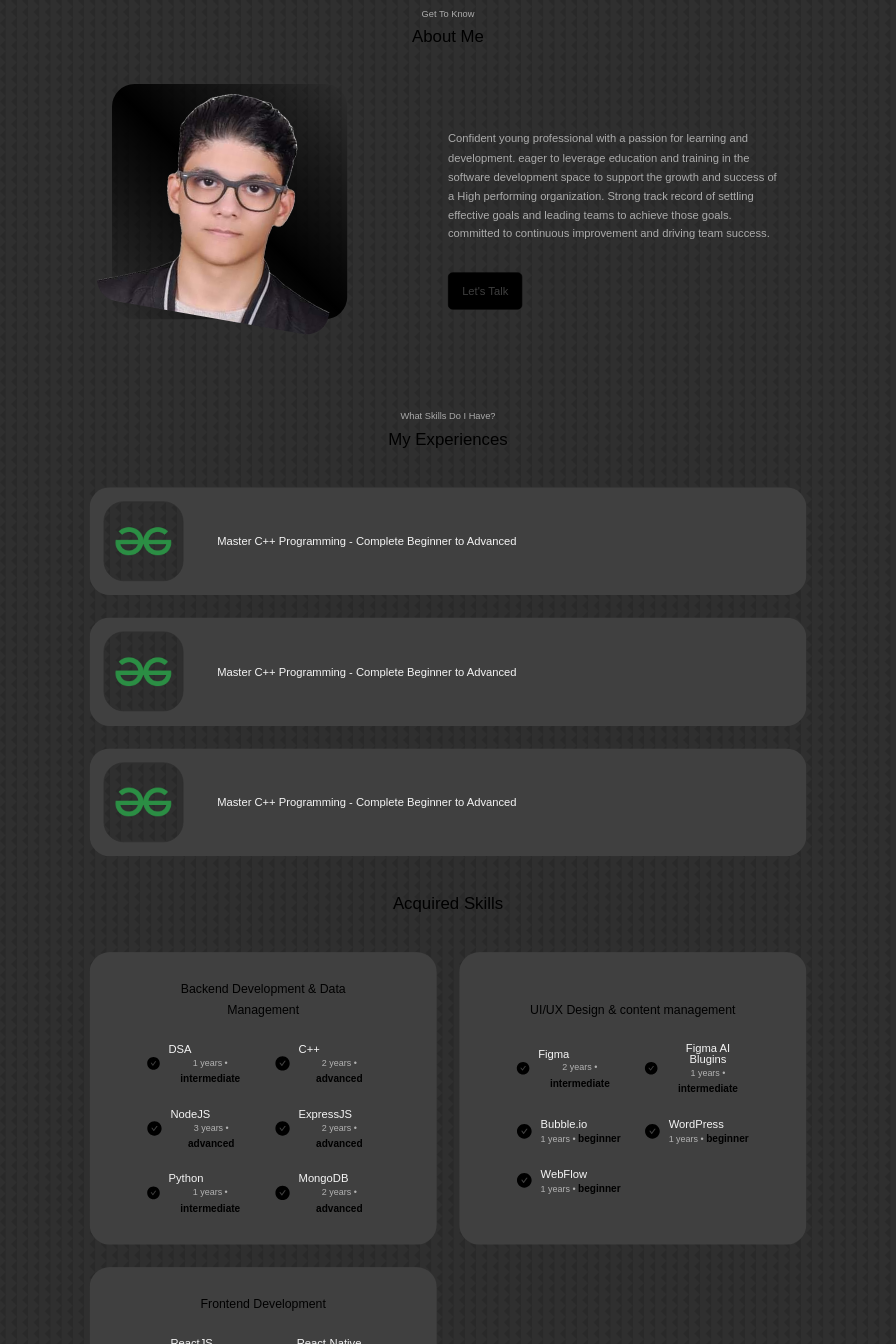
Repository: Z-Bahaa/project_joker_react_portfolio
Page: /
The author's editor kept a copy of each file at every save. The page is drawn from the files as they stood at one save, then again after the next save.
The browser window is 1280 px wide. The pictures show the part of the page from y = 983 to 2903 px (the page is 5406 px tall), at 70% of full size.
Some web fonts or font styles are not loaded; a fallback is used. The project was rebuilt for these pictures with package versions that can differ from the ones it lists, and the page was loaded fresh each time. Imported but missing from the stored project, and not drawn on this page: src/assets/resume.pdf.

Above is the page before, as saved 2023-08-21 14:07:54.

### public/index.html
<!DOCTYPE html>
<html lang="en">

<head>
  <meta charset="UTF-8">
  <meta name="viewport" content="width=device-width, initial-scale=1.0">
  <title>Zeyad Bahaa</title>
  <link rel="shortcut icon" href="/Logo.png" />
</head>

<body>
  <div id="root"></div>
</body>

</html>

### src/App.jsx
import Header from './components/header/Header'
import Nav from './components/nav/Nav'
import About from './components/about/About'
import Experience from './components/experience/Experience'
// import Services from './components/services/Services'
import Portfolio from './components/portfolio/Portfolio'
// import Testimonials from './components/testimonials/Testimonials'
import Contact from './components/contact/Contact'
import Footer from './components/footer/Footer'


const App = () => {
  return (
    <>
      <Header />
      <Nav />
      <About />
      <Experience />
      {/* <Services /> */}
      <Portfolio />
{/*       <Testimonials /> */}
      <Contact />
      <Footer />

    </>
  )
}

export default App

### src/components/header/Header.jsx
import './header.css';
import CTA from './CTA'
import ME from '../../assets/me-3.png'
import HeaderSocials from './HeaderSocials'

const Header = () => {
  return (
    <div className='header container' id='home'>
      <div className='header__container'>
        <h5>Hello, I'm</h5>
        <h1>Zeyad Bahaa</h1>
        <h5 className="text-light">Software & web development Enthusiast</h5>
        <CTA />
        <HeaderSocials />

        <div className="me">
          <img src={ME} alt="" />
        </div>

        <a href='#contact' className="scroll__down">Scroll Down</a>
      </div>
    </div>
  )
}

export default Header

### src/components/nav/Nav.jsx
import './nav.css'
import { AiOutlineHome, AiOutlineUser, AiOutlineMessage } from 'react-icons/ai'
import { BiBookAlt } from 'react-icons/bi'
import { BsBagDash } from 'react-icons/bs'
import { useState} from 'react'

const Nav = () => {
  const [activeNav, setActiveNAv] = useState('#')
  return (
    <div className="nav">
      <a href="#home" className={activeNav === '#' ? 'active' : ''} onClick={() => setActiveNAv('#')}><AiOutlineHome /></a>
      <a href="#about" className={activeNav === '#about' ? 'active' : ''} onClick={() => setActiveNAv('#about')}><AiOutlineUser /></a>
      <a href="#experience" className={activeNav === '#experience' ? 'active' : ''} onClick={() => setActiveNAv('#experience')}><BiBookAlt /></a>
      <a href="#services" className={activeNav === '#services' ? 'active' : ''} onClick={() => setActiveNAv('#services')}><BsBagDash /></a>
      <a href="#contact" className={activeNav === '#contact' ? 'active' : ''} onClick={() => setActiveNAv('#contact')}><AiOutlineMessage /></a>
    </div>
  )
}

export default Nav

### src/components/about/About.jsx
import './about.css'
import ME from '../../assets/me-3.png'
/* import { FiAward, FiUsers } from 'react-icons/fi'
import { AiFillFolderOpen } from 'react-icons/ai' */
const About = () => {
  return (
    <div className="section" id="about">
      <h5>Get To Know</h5>
      <h2>About Me</h2>

      <div className="container about__container">
        <div className="about__me">
          <div className="about__me-image">
            <img src={ME} alt="About" />
          </div>
        </div>

        <div className="about__content">
          {/* <div className="about__cards">

            <div className="about__card">
              <FiAward className="about__icon" />
              <h5>Experience</h5>
              <small>3+ Years Working</small>
            </div>

            <div className="about__card">
              <FiUsers className="about__icon" />
              <h5>Clients</h5>
              <small>200+ Worldwide</small>
            </div>

            <div className="about__card">
              <AiFillFolderOpen className="about__icon" />
              <h5>Projects</h5>
              <small>80+ Completed Projects</small>
            </div>

          </div> */}

          <p>
          Confident young professional with a passion for learning and development. eager to leverage education and training in the software development space to support the growth and success of a High performing organization. Strong track record of settling effective goals and leading teams to achieve those goals. committed to continuous improvement and driving team success.
          </p>

          <a href="#contact" className="btn btn-primary">Let's Talk</a>
        </div>
      </div>
    </div>
  )
}

export default About

### src/components/experience/Experience.jsx
import './experience.css'
import {experiences} from '../../data/experiences'
import { AiFillCheckCircle } from 'react-icons/ai'
import GFG from '../../assets/GFG.png'

const Experience = () => {
  return (
    <div className="section" id="experience">
      <h5>What Skills Do I Have?</h5>
      <h2>My Experiences</h2>
      <div className="history__container">
        {
          experiences.map((field) => (
            <div>
              <div className="image-container">
                <img src={GFG}/>
              </div>
              <div className="course-details-container">
                <h1>Master C++ Programming - Complete Beginner to Advanced</h1>
              </div>
            </div>
          ))
        }
      </div>
      <h2>Acquired Skills</h2>
      <div className="experience__container">
        {
          experiences.map((field) => (
            <div>
              <h3>{field.title}</h3>
              <div className="experience__content">
                {
                  field.list.map((item) => (
                    <div className="experience__details">

                        <AiFillCheckCircle className="experience__details-icon"/>
                        <div>
                          <h4>{item.name}</h4>
                          <small>{(item.experience + " ")} • <span>{" " + item.level}</span> </small>
                        </div>
                    </div>
                  ))
                }
              </div>
            </div>
          ))
        }
      </div>

    </div>
  )
}

export default Experience

### src/components/portfolio/Portfolio.jsx
import './portfolio.css'
import projects from '../../data/projects'



const Portfolio = () => {
  return (
    <div className="section">
      <h5>My Recent Work</h5>
      <h2>Portfolio</h2>

      <div className="container portfolio__container">
        {
          projects.map(item => (
            <div  key={item.id} className="portfolio__item">
              <img src={item.img} className="portfolio__item-image" alt=""/>
              <h3>{item.title || 'This is a portfolio item title'}</h3>
              <div className="portfolio__item-cta">
                <a className="btn" href={item.github} target='_blank' rel="noreferrer">Github</a>
                <a className="btn btn-primary" href={item.demo} target='_blank' rel="noreferrer">Live Demo</a>
              </div>
            </div>
          ))
        }
      </div>
    </div>
  )
}

export default Portfolio

### src/components/contact/Contact.jsx
import './contact.css'
import { AiOutlineMail, AiOutlineWhatsApp } from 'react-icons/ai'
import { RiMessengerLine } from 'react-icons/ri'


const Contact = () => {

  return (
    <div className="section" id="contact">
      <h5>Get In Touch</h5>
      <h2>Contact Me</h2>

      <div className="container contact__container">
        <div className="contact__options">

          <div className="contact__option">
            <AiOutlineMail className='contact__option-icon'/>
            <h4>Email</h4>
            <h5>zizobahaapersonal@gmail.com</h5>
            <a href="mailto:zizobahaapersonal@gmail.com">Send a message</a>
          </div>

          <div className="contact__option">
            <RiMessengerLine className='contact__option-icon'/>
            <h4>Messenger</h4>
            <h5>Zizo Bahaa</h5>
            <a href="https://m.me/100071918118359">Send a message</a>
          </div>
          <div className="contact__option">
            <AiOutlineWhatsApp className='contact__option-icon' />
            <h4>WhatsApp</h4>
            <h5>+201020730202</h5>
            <a href="https://api.whatsapp.com/send?phone=201020730202" >Send a message</a>
          </div>

        </div>

{        <form
          // ref={form}
          // onSubmit={sendEmail}
          >
          <input type="text" name="name" placeholder="Your Full Name" required/>
          <input type="email" name="email" placeholder="Your Email" required/>
          <textarea name="message" placeholder="Your Message" rows="7" required/>
          <button type="submit" className="btn btn-primary">send Message</button>
        </form>}
      </div>
    </div>
  )
}

export default Contact

### src/components/footer/Footer.jsx
import './footer.css'
import { AiOutlineLinkedin, AiOutlineFacebook, } from 'react-icons/ai'
import { FiTwitter, FiGithub, FiInstagram } from 'react-icons/fi'
import { FaTiktok } from 'react-icons/fa'
import { SiMyanimelist } from 'react-icons/si'

const Footer = () => {
  return (
    <div className="footer">
      <a href="#home" className="footer__icon">Z. bahaa</a>

      <ul className="permalinks">
        <li><a href="#home">Home</a></li>
        <li><a href="#about">About</a></li>
        <li><a href="#experience">Experience</a></li>
        <li><a href="#services">Services</a></li>
        <li><a href="#portfolio">Portfolio</a></li>
        {/* <li><a href="#testimonials">Testimonials</a></li> */}
        <li><a href="#contact">Contact</a></li>
      </ul>

      <div className="footer__socials" >
        <a href='https://www.linkedin.com/in/z-bahaa-194022234/' target='_blank' rel="noreferrer"><AiOutlineLinkedin /></a>
        <a href='https://github.com/Z-Bahaa' target='_blank' rel="noreferrer"><FiGithub /></a>
        <a href='https://www.facebook.com/profile.php?id=100071918118359' target='_blank' rel="noreferrer"><AiOutlineFacebook /></a>
        <a href='https://twitter.com/ZBahaa2' target='_blank' rel="noreferrer"><FiTwitter /></a>
        <a href='https://www.tiktok.com/@z_bahaa' target='_blank' rel="noreferrer"><FaTiktok /></a>
        <a href='https://www.instagram.com/bahaa_zizo/' target='_blank' rel="noreferrer"><FiInstagram /></a>
        <a href='https://myanimelist.net/animelist/zizobahaa1' target='_blank' rel="noreferrer"><SiMyanimelist /></a>
      </div>

      <div className="footer__coptright">
        <small>&copy; Z.bahaa. All rights reserved.</small>
      </div>
    </div>
  )
}

export default Footer

### src/components/header/header.css
.header {
  height: 120vh;
  padding-top: 7rem;
  /* overflow: hidden; */
}

.header__container {
  text-align: center;
  height: 100%;
  position: relative;
}

.cta {
  margin-top: 2.5rem;
  display: flex;
  gap: 1.2rem;
  justify-content: center;
}

.header__socials {
  display: flex;
  flex-direction: column;
  position: absolute;
  left: 0;
  bottom: 2rem;
  gap: 1rem;
}

.header__socials::after {
  content: "";
  width: 1px;
  height: 2rem;
  background: var(--color-primary);
  align-self: center;
}

.me {
  background: linear-gradient(var(--color-primary), transparent);
  width: 22rem;
  max-height: 27rem;
  position: absolute;
  left: calc(50% - 11rem);
  margin-top: 4rem;
  border-radius: 12rem 12rem 0 0;
  -webkit-border-radius: 12rem 12rem 0 0;
  -moz-border-radius: 12rem 12rem 0 0;
  -ms-border-radius: 12rem 12rem 0 0;
  -o-border-radius: 12rem 12rem 0 0;
  overflow: hidden;
  /* padding: 5rem 1.5rem 1.5rem 1.5rem; */
}
/* .me img {
  min-height: 40rem;
} */

.scroll__down {
  position: absolute;
  right: 0rem;
  bottom: 5rem;
  transform: rotate(90deg);
  -webkit-transform: rotate(90deg);
  -moz-transform: rotate(90deg);
  -ms-transform: rotate(90deg);
  -o-transform: rotate(90deg);
  font-weight: 300;
  font-size: 0.9rem
}

@media screen and (max-width: 1024px) {
  .header {
    height: 70vh;
  }
}

@media screen and (max-width: 600px) {
  .header {
    height: 100vh;
  }


}

### src/components/header/CTA.jsx
import CV from '../../assets/resume.pdf'

import React from 'react'

const CTA = () => {
  return (
    <div className="cta">
      <a href={CV} className='btn'>Download CV</a>
      <a href="#contact" className="btn btn-primary">Let's Talk</a>
    </div>
  )
}

export default CTA

### src/components/header/HeaderSocials.jsx
import { AiOutlineLinkedin, AiOutlineFacebook,} from 'react-icons/ai'
import {FiGithub} from 'react-icons/fi'



const HeaderSocials = () => {
  return (
    <div className="header__socials">
      <a href='https://www.linkedin.com/in/zizo-bahaa' target='_blank'  rel="noreferrer"><AiOutlineLinkedin /></a>
      <a href='https://github.com/Z-Bahaa' target='_blank'  rel="noreferrer"><FiGithub /></a>
      <a href='https://www.facebook.com/profile.php?id=100071918118359' target='_blank'  rel="noreferrer"><AiOutlineFacebook /></a>
    </div>
  )
}

export default HeaderSocials

### src/components/nav/nav.css
.nav {
  background: rgba(0, 0, 0, 0.3);
  width: max-content;
  display: block;
  padding: 0.7em 1.7em;
  z-index: 2;
  position: fixed;
  left: 50%;
  transform: translateX(-50%);
  -webkit-transform: translateX(-50%);
  -moz-transform: translateX(-50%);
  -ms-transform: translateX(-50%);
  -o-transform: translateX(-50%);
  bottom: 2rem;
  display: flex;
  gap: 0.8rem;
  border-radius: 3rem;
  -webkit-border-radius: 3rem;
  -moz-border-radius: 3rem;
  -ms-border-radius: 3rem;
  -o-border-radius: 3rem;
  backdrop-filter: blur(15px);
}

.nav a {
  background: transparent;
  padding: 0.8rem;
  border-radius: 50%;
  -webkit-border-radius: 50%;
  -moz-border-radius: 50%;
  -ms-border-radius: 50%;
  -o-border-radius: 50%;
  display: flex;
  color: var(--color-light);
  font-size: 1.1rem;
}

.nav a:hover {
  background: rgba(0, 0, 0, 0.3);
}

.nav a.active {
  background: var(--color-primary);
  color: var(--color-bg)
}

### src/components/experience/experience.css
.experience__container {
  display: grid;
  grid-template-columns: 1fr 1fr;
  justify-content: center;
  gap: 2rem;
  margin-inline: 8rem;
}

.history__container {
  display: grid;
  grid-template-columns: 1fr;
  justify-content: center;
  gap: 2rem;
  margin-inline: 8rem;
  margin-bottom: 3rem;
}

.experience__container>div, .history__container>div {
  background: var(--color-bg-variant);
  display: flex;
  flex-direction: column;
  justify-content: center;
  width: 100%;
  padding: 2.4rem 5rem;
  border-radius: 1.8rem;
  -webkit-border-radius: 1.8rem;
  -moz-border-radius: 1.8rem;
  -ms-border-radius: 1.8rem;
  -o-border-radius: 1.8rem;
  border: 1px solid transparent;
  transition: var(--transition);
  -webkit-transition: var(--transition);
  -moz-transition: var(--transition);
  -ms-transition: var(--transition);
  -o-transition: var(--transition);
}

.history__container>div {
  display: flex;
  flex-direction: row;
  align-items: center;
  justify-content: flex-start;
  padding: 1.2rem;
}

.history__container>div .image-container{
  aspect-ratio: 1;
  display: flex;
  align-items: center;
  justify-content: center;
  width: fit-content;
  padding: 1rem;
  /* background-color: red; */
  border-radius: 1.8rem;
  -webkit-border-radius: 1.8rem;
  -moz-border-radius: 1.8rem;
  -ms-border-radius: 1.8rem;
  -o-border-radius: 1.8rem;
  background: var(--color-bg);
  background-image: url(../../assets/bg-texture.png);
  border-color: var(--color-bg);
  border-style: solid;
  border-width: 1px;
  margin-right: 2rem;
}

.history__container>div .image-container img{
  width: 5rem;
}

.experience__container>div:hover, .history__container>div:hover {
  background: transparent;
  border-color: var(--color-primary-variant);
  cursor: default;
}

.history__container>div .course-details-container{
  padding: 1rem;

}
.history__container>div .course-details-container h1{
  font-size: 1rem;

}

.experience__container>div h3 {
  text-align: center;
  font-size: 1.1rem;
  margin-bottom: 2rem;
  color: var(--color-primary);
}

.experience__content {
  display: grid;
  grid-template-columns: 1fr 1fr;
  width: 100%;
  justify-content: space-between;
  /* background-color: red; */
  align-items: space-between;
  gap: 2rem;
  row-gap: 1.9rem;
}

.experience__details {
  display: flex;
  /* background-color: red; */
  width: fit-content;
  align-items: center;
  gap: .7rem;
}

.experience__details-icon {
  margin-bottom: 6px;
  font-size: 1.5rem;
  color: var(--color-primary);
}

.experience__details div {
  display: flex;
  flex-direction: column;
  gap: 0;
  align-items: flex-start;
  justify-content: center;
}

.experience__details div h4 {
  text-align: center;
  font-size: 1rem;
  line-height: 1rem;
  color: var(--color-white);
}

.experience__details div small {
  text-align: center;
  font-size: .8rem;
  /* line-height: 1rem; */
  color: var(--color-light);
}

.experience__details div span {
  text-align: center;
  font-size: .9rem;
  font-weight: bold;
  color: var(--color-primary);
}

@media screen and (max-width: 1024px) {
  .experience__container {
    grid-template-columns: 1fr;
    gap: 2rem;
  }

  .experience__container>div {
    width: 80%;
    padding: 2rem;
    margin: 0 auto;
  }

  .experience__content {
    padding: 1rem;
  }
}

@media screen and (max-width: 600px) {
  .experience__container {
    gap: 1rem;
  }

  .experience__container>div {
    width: 100%;
    padding: 2rem 1rem;
    margin: 0 auto;
  }
}

### src/components/portfolio/portfolio.css
.portfolio__container {
  display: grid;
  grid-template-columns: repeat(3, 1fr);
  gap: 2.5rem;
}

.portfolio__item {
  background: var(--color-bg-variant);
  padding: 1.2rem;
  border-radius: 2rem;
  -webkit-border-radius: 2rem;
  -moz-border-radius: 2rem;
  -ms-border-radius: 2rem;
  -o-border-radius: 2rem;
  border: 1px solid transparent;
  transition: var(--transition);
  -webkit-transition: var(--transition);
  -moz-transition: var(--transition);
  -ms-transition: var(--transition);
  -o-transition: var(--transition);
}

.portfolio__item:hover {
  border-color: var(--color-primary-variant);
  background: transparent;
}

.portfolio__item-image {
  border-radius: 1.5rem;
  -webkit-border-radius: 1.5rem;
  -moz-border-radius: 1.5rem;
  -ms-border-radius: 1.5rem;
  -o-border-radius: 1.5rem;
  overflow: hidden;
}

.portfolio__item h3 {
  margin: 1.2rem 0.2rem;
}

.portfolio__item-cta {
  display: flex;
  gap: 1rem;
  margin-bottom: 1rem;
}

@media screen and (max-width: 1024px) {
  .portfolio__container {
    grid-template-columns: 1fr 1fr;
    gap: 1.2rem;
  }
}

@media screen and (max-width: 600px) {
  .portfolio__container {
    grid-template-columns: 1fr;
    gap: 1rem;
  }
}

### src/components/contact/contact.css
.container.contact__container {
  width: 58%;
  display: grid;
  grid-template-columns: 30% 58%;
  gap: 12%;
}

.contact__options {
  display: flex;
  flex-direction: column;
  gap: 1.2rem;
}

.contact__option {
  background: var(--color-bg-variant);
  padding: 1.2rem;
  border-radius: 1.2rem;
  -webkit-border-radius: 1.2rem;
  -moz-border-radius: 1.2rem;
  -ms-border-radius: 1.2rem;
  -o-border-radius: 1.2rem;
  text-align: center;
  border: 1px solid transparent;
  transition: var(--transition);
  overflow: hidden;
}

.contact__option:hover {
  background: transparent;
  border-color: var(--color-primary-variant);
}

.contact__option-icon {
  font-size: 1.5rem;
  margin-bottom: 0.5rem;

}

.contact__option a {
  margin-top: 0.7rem;
  display: inline-block;
  font-size: .8rem;
}

form {
  display: flex;
  flex-direction: column;
  gap: 1.2rem;
}

input, textarea {
  width: 100%;
  padding: 1.5rem;
  border-radius: 0.5rem;
  -webkit-border-radius: 0.5rem;
  -moz-border-radius: 0.5rem;
  -ms-border-radius: 0.5rem;
  -o-border-radius: 0.5rem;
  background: transparent;
  border: 1px solid var(--color-primary-variant);
  resize: none;
  color: var(--color-white);
}

@media screen and (max-width: 1024px) {
  .container.contact__container {
    grid-template-columns: 1fr;
    gap: 2rem;
  }
}

@media screen and (max-width: 600px) {
  .container.contact__container {
    width: var(--container-width-sm);
  }
}

### src/components/footer/footer.css
.footer {
  background: var(--color-primary);
  padding: 3rem 0;
  padding-bottom: 0;
  text-align: center;
  font-size:0.9rem;
  margin-top: 7rem;
}

.footer a {
  color: var(--color-bg);
}

.footer__icon {
  font-size:2rem;
  font-weight: 500;
  margin-bottom: 2rem;
  display: inline-block;
}

.permalinks {
  display: flex;
  flex-wrap: wrap;
  justify-content: center;
  gap: 2rem;
  margin: 0 auto 3rem;
}

.footer__socials {
  display: flex;
  justify-content: center;
  gap: 1rem;
  margin-bottom: 4rem;
}

.footer__socials a {
  background: var(--color-bg);
  color: var(--color-white);
  padding: 0.8rem;
  border-radius: 0.7rem;
  -webkit-border-radius: 0.7rem;
  -moz-border-radius: 0.7rem;
  -ms-border-radius: 0.7rem;
  -o-border-radius: 0.7rem;
  display: flex;
  border: 1px solid transparent;
  margin-bottom: 5rem;
}

.footer__socials a:hover {
  background: transparent;
  color: var(--color-bg);
  border-color: var(--color-bg);

}

.footer__copyright {
  margin-bottom: 4rem;
  color: var(--color-bg);
}

@media screen and (max-width: 600px) {
  .permalinks {
    flex-direction: column;
    gap: 1.5rem;
  }
}

Loaded but not shown: src/data/experiences.js (105 lines, source omitted); src/data/projects.js (59 lines, source omitted); src/index.js (5 lines, source omitted); src/index.css (151 lines, source omitted); src/components/about/about.css (141 lines, source omitted)

After the next save:
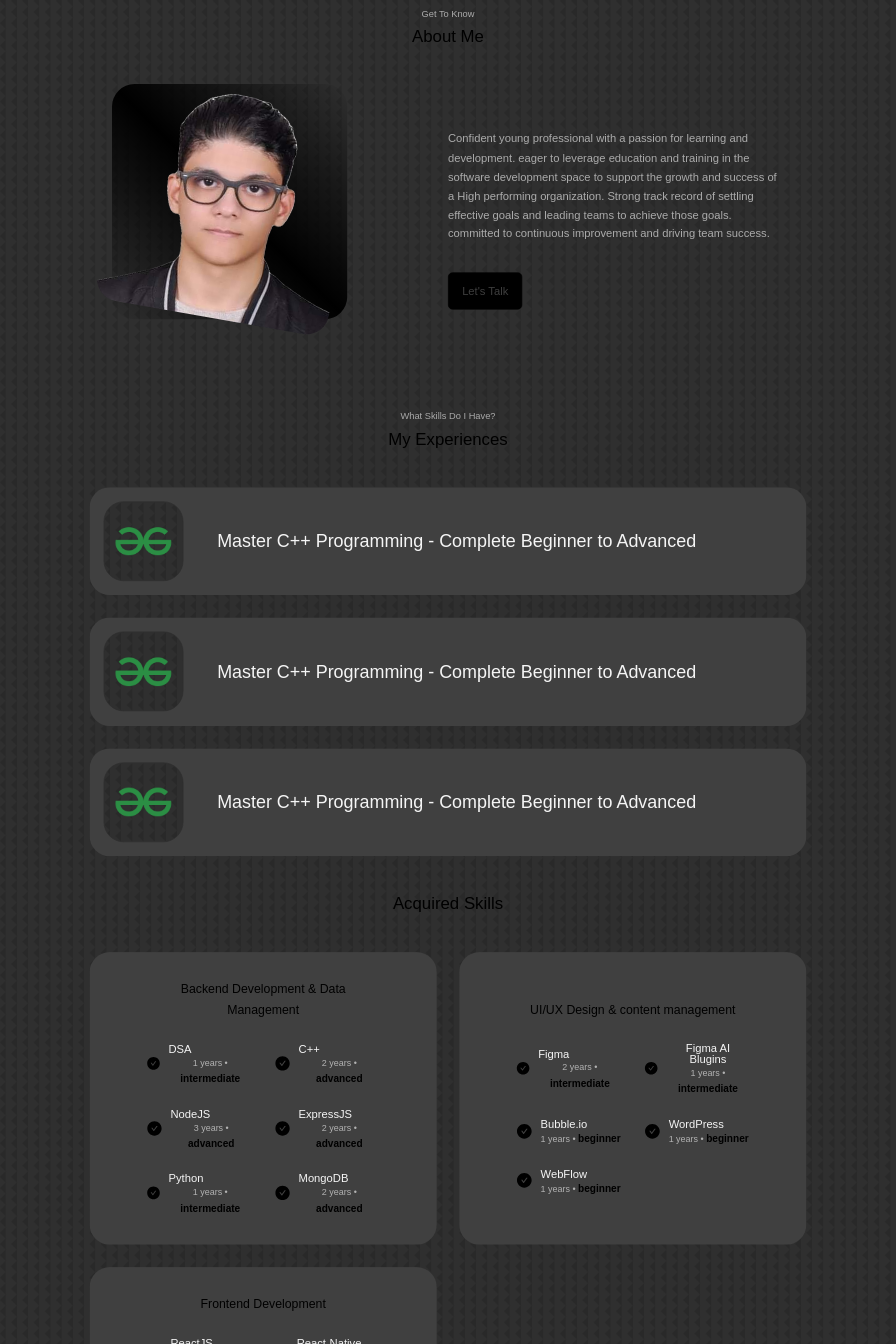
Saved 6 s later.
--- a/src/components/experience/experience.css
+++ b/src/components/experience/experience.css
@@ -79,7 +79,7 @@
 
 }
 .history__container>div .course-details-container h1{
-  font-size: 1rem;
+  font-size: 1.6rem;
 
 }
 
